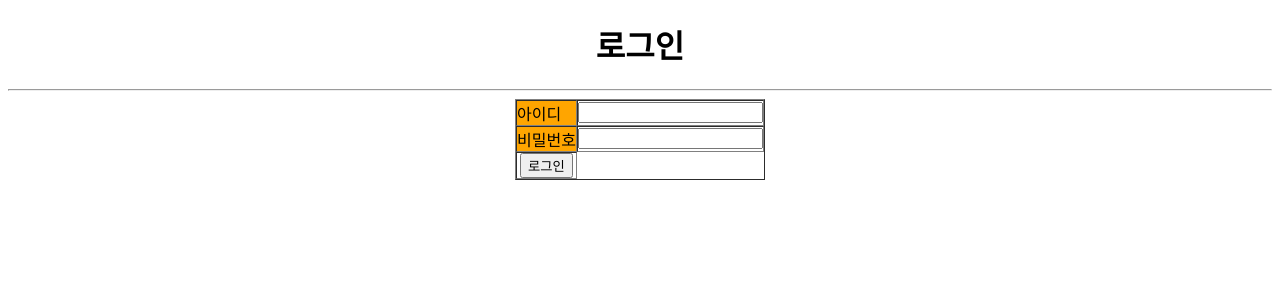
Repository: yeeeeeeer/Spring
Page: http://localhost/BoardWeb/login.jsp
An editor plug-in stored every save of this project. The page is shown before and after the next save, followed by the edit.
The browser window is 1280 px wide. The pictures show the whole page.
The page is served by Tomcat 9. Nobody is signed in. The application's start-up code is not run.

Above is the page before, as saved 2024-07-11 05:57:58.

After the next save:
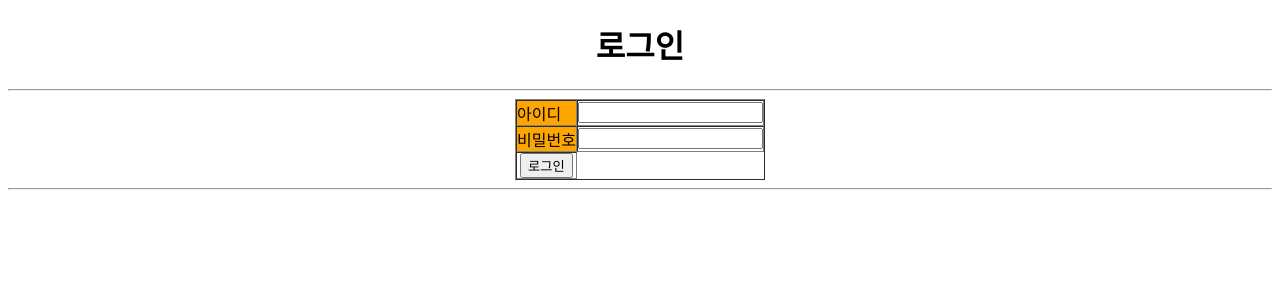
Saved 20 s later.
--- a/BoardWeb/src/main/webapp/login.jsp
+++ b/BoardWeb/src/main/webapp/login.jsp
@@ -22,13 +22,12 @@
 					<td><input type="password" name="password" /></td>
 				</tr>
 				<tr>
-					<td colespan="2" align="center">
-					<input type="submit" value="로그인" /></td>
+					<td colespan="2" align="center"><input type="submit"
+						value="로그인" /></td>
 				</tr>
 			</table>
-
 		</form>
-
+		<hr>
 	</center>
 
 </body>
